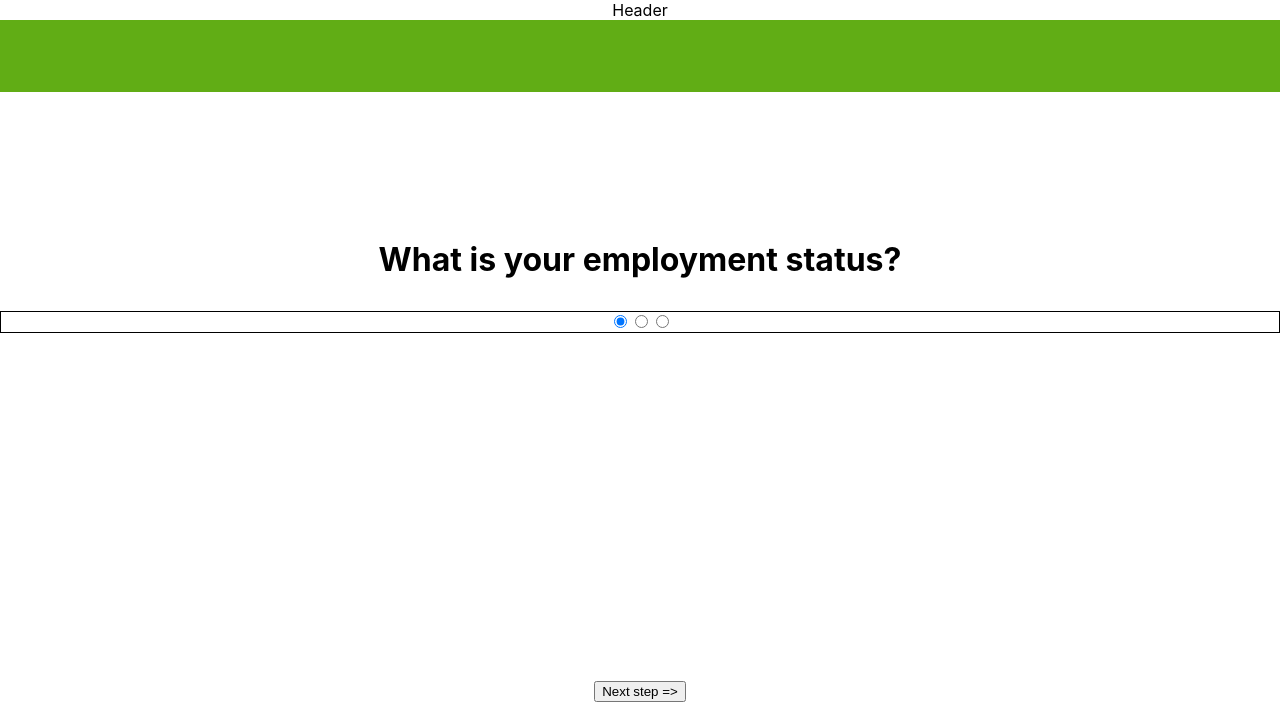
Repository: andbilous/task-survey
Page: /
These files come from the project's save history. The page is drawn as it stood at one moment and after a run of saves; the edit follows.
The browser window is 1280 px wide. The pictures show the whole page.
The project was rebuilt for these pictures with package versions that can differ from the ones it lists, and the page was loaded fresh each time.

Above is the page before, as saved 2020-06-16 18:32:37.

After the next 8 saves:
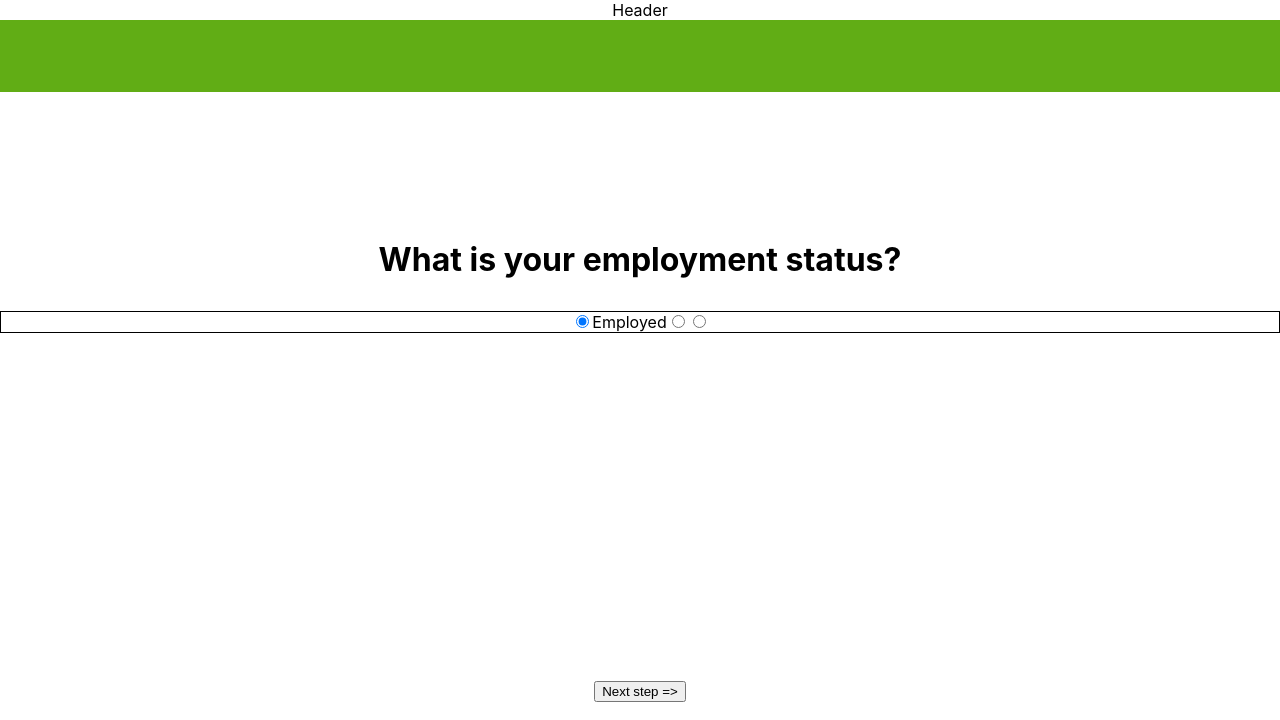
The 8 saves are shown as one change because they came seconds apart.
The last was saved 2 min 55 s later.
--- a/src/pages/EmploymentStatus.jsx
+++ b/src/pages/EmploymentStatus.jsx
@@ -28,7 +28,7 @@ const EmploymentStatusPage = () => {
     </FormControl> */}
       <form>
         <div id='1' style={{marginTop: '2rem',border: '1px solid black'}} className="radio">
-            <input onChange={handleChange} name='1' type="radio" value="Employed" checked={true} />
+            <label><input onChange={handleChange} name='1' type="radio" value="Employed" checked={true} />Employed</label>
             <input onChange={handleChange} name='1' type="radio" value="option2" />
             <input onChange={handleChange} name='1' type="radio" value="option3" />
         </div>
